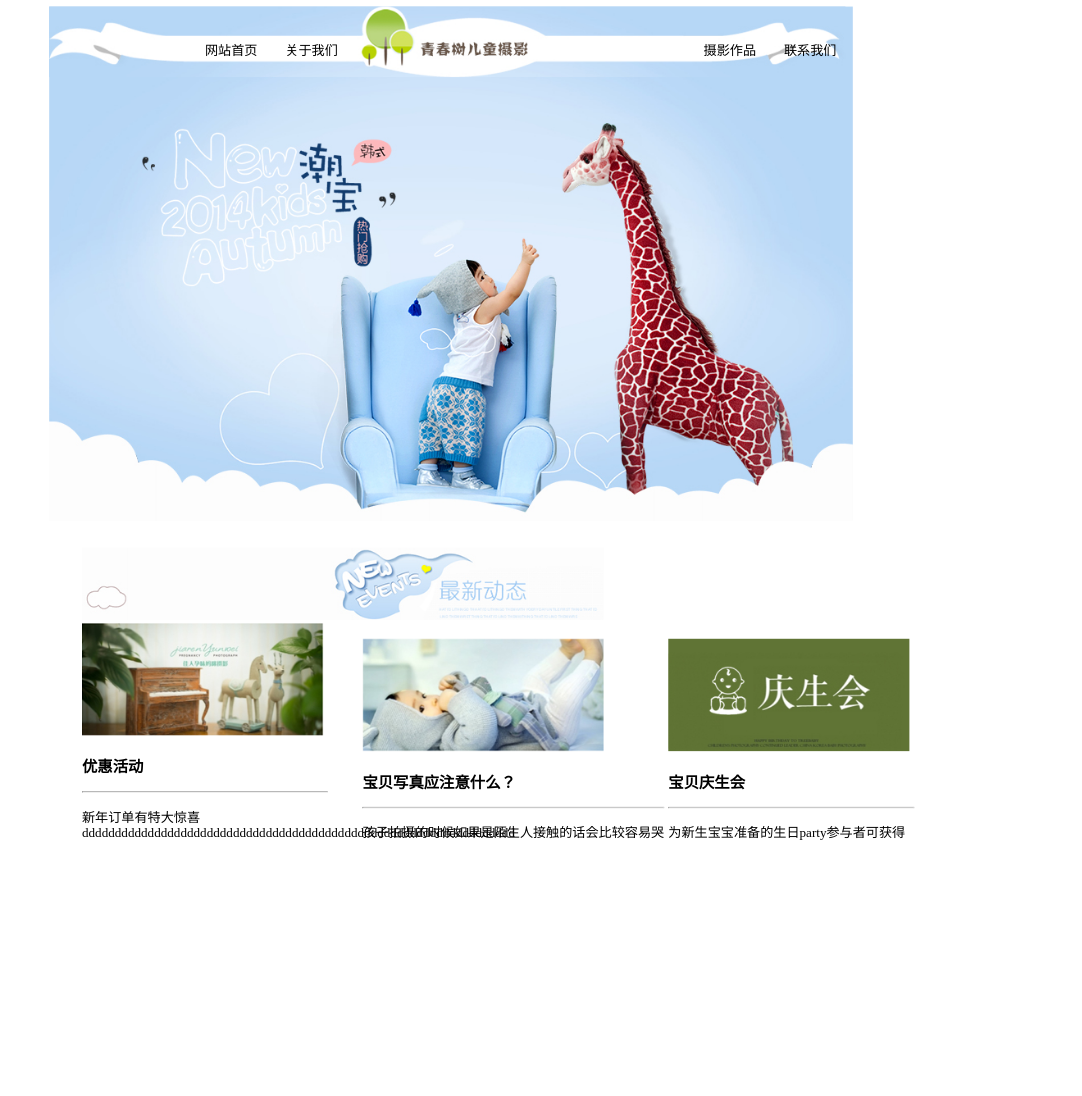
Repository: kxl666/kxl-Html
Page: 05.1.第五节任务(儿童摄影网)/index.html
The author's editor kept a copy of each file at every save. The page is drawn from the files as they stood at one save, then again after the next save.
The browser window is 1280 px wide. The page is 1320 px wide, so the pictures cover 1320 px, including what lies to the right of the window. The pictures show the whole page, at 82% of full size.

Above is the page before, as saved 2021-09-16 21:48:06.

### 05.1.第五节任务(儿童摄影网)/index.html
<!DOCTYPE html>
<html lang="en">

<head>
    <meta charset="UTF-8">
    <meta http-equiv="X-UA-Compatible" content="IE=edge">
    <meta name="viewport" content="width=device-width, initial-scale=1.0">
    <title>Document</title>
    <link rel="stylesheet" href="style.css">
</head>

<body>
    <div class="content">
        <div class="header">
            <div class="dh">
                <div class="op">
                    <span>网站首页</span>
                    <span>关于我们</span>
                </div>
                <div class="po">
                    <span>摄影作品</span>
                    <span>联系我们</span>
                </div>
            </div>
        </div>

        <div class="midder">
            <img src="img/dongtai.jpg">
            <div class="dt">
                <span>
                    <img src="img/news1.jpg">
                    <h3>优惠活动</h3>
                    <hr>
                    <p>新年订单有特大惊喜dddddddddddddddddddddddddddddddddddddddddddddddddddddddddddddddddd</p>
                </span>
                <span>
                    <img src="img/news2.jpg">
                    <h3>宝贝写真应注意什么？</h3>
                    <hr>
                    <p>孩子拍摄的时候如果是陌生人接触的话会比较容易哭<br>

                    </p>
                </span>
                <span>
                    <img src="img/news3.jpg">
                    <h3>宝贝庆生会</h3>
                    <hr>
                    <p>为新生宝宝准备的生日party参与者可获得<br>
                    </p>
                </span>
            </div>
        </div>

        <div class="footer">

        </div>
    </div>
</body>

</html>

### 05.1.第五节任务(儿童摄影网)/style.css
.content {}

.header {
    margin: 0 auto;
    height: 660px;
    width: 1160px;
    background: url(img/bg.jpg) no-repeat;
    /* background-size:940px 570px; */
}



.dh {
    margin: 0 auto;
    background: url(img/nav.jpg) no-repeat;
    padding: 40px 0 0 120px;
    height: 46px;
    width: 1140px;
    /* margin-top: 10px;  */
}

.dh span {
    height: 10px;
    /* margin-top: 1px; */
    /* line-height: 10px; */
    padding-left: 30px;
}

.op {
    float: left;
    margin: 0 40px 0 40px;
}

.po {
    float: right;
    margin-right: 300px;
}

.midder {
    height: 660px;
    width: 1080px;
    margin: 0 auto;
}

.dt {
    width: 1160px;
}

.dt span {
    /* float: left; */
    display: inline-block;

}

.dt span:first-child {
    width: 300px;
    height: 200px;
    padding-right: 38px;
}

.dt span:nth-child(3) {
    width: 300px;
    height: 100px;
    padding-left:1px;
}

After the next save:
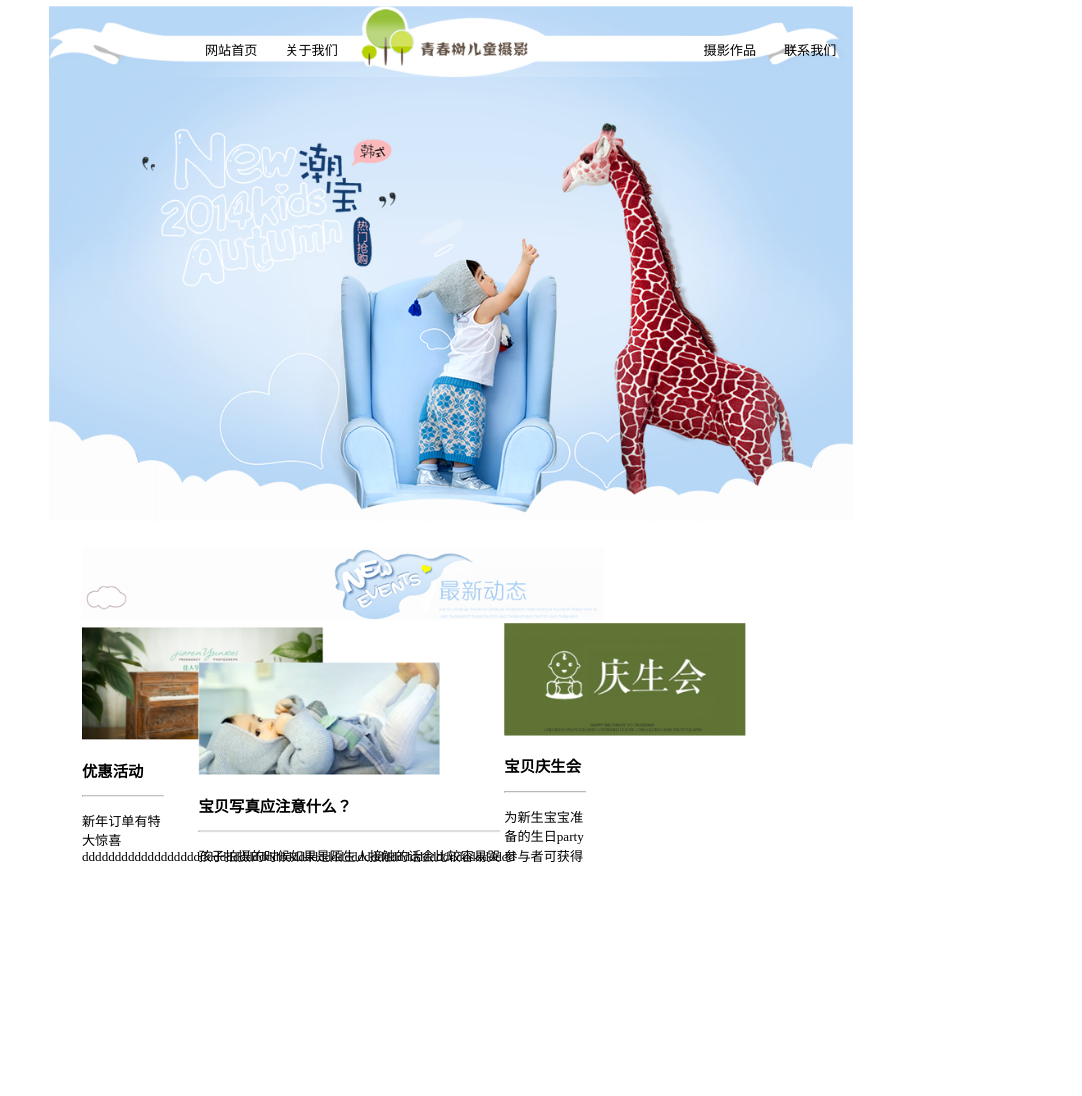
Saved 9 s later.
--- a/05.1.第五节任务(儿童摄影网)/style.css
+++ b/05.1.第五节任务(儿童摄影网)/style.css
@@ -53,13 +53,13 @@
 }
 
 .dt span:first-child {
-    width: 300px;
+    width: 100px;
     height: 200px;
     padding-right: 38px;
 }
 
 .dt span:nth-child(3) {
-    width: 300px;
-    height: 100px;
+    width: 100px;
+    height: 00px;
     padding-left:1px;
 }
